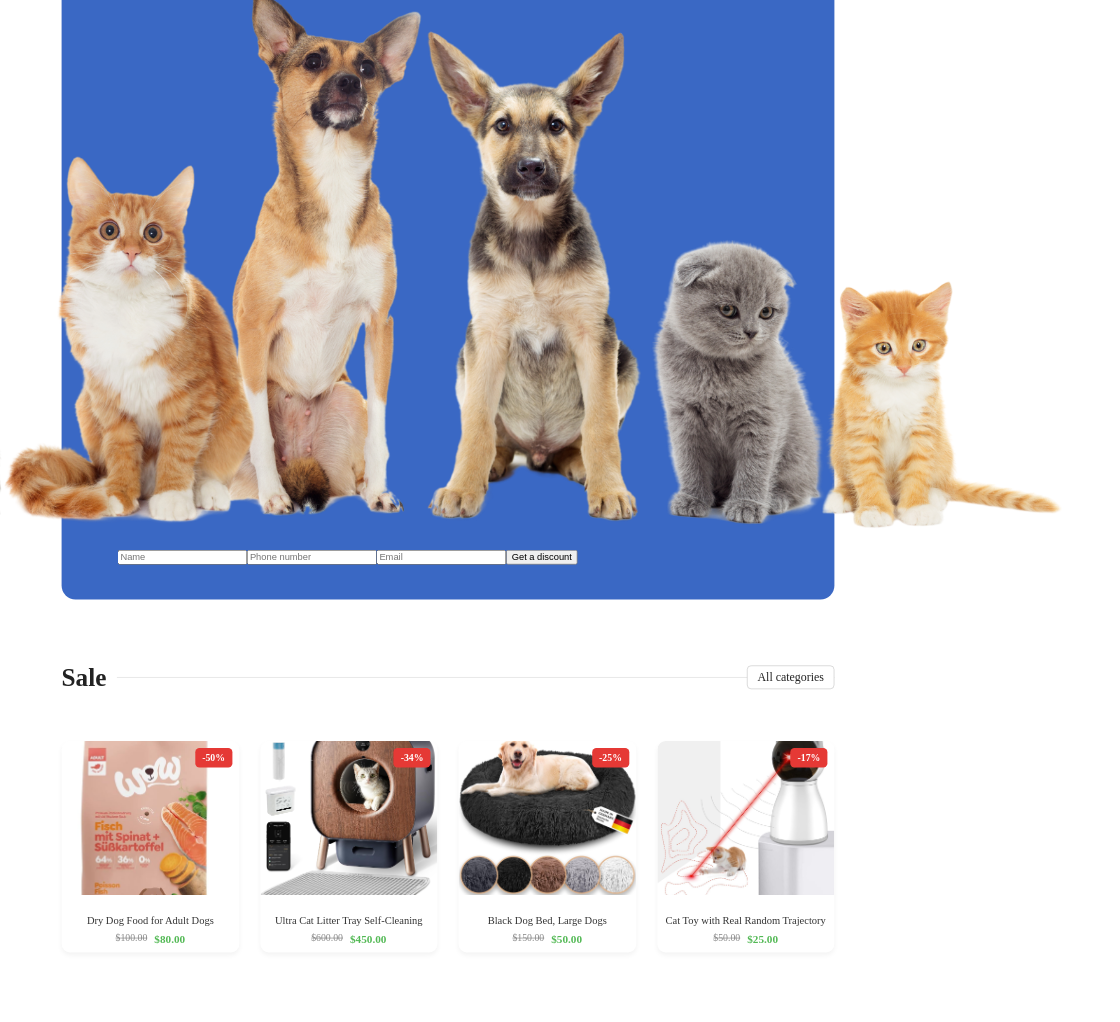
Repository: JuliiaJuliia/pet-shop-frontend
Page: / (app in pet-shop-frontend/)
These files come from the project's save history. The page is drawn as it stood at one moment and after a run of saves; the edit follows.
The browser window is 1280 px wide. The page is 1600 px wide, so the pictures cover 1600 px, including what lies to the right of the window. The pictures show the part of the page from y = 1522 to 3082 px (the page is 2982 px tall before and 3082 px after), at 70% of full size.
The project was rebuilt for these pictures with package versions that can differ from the ones it lists, and the page was loaded fresh each time. Also part of the build but not shown: pet-shop-frontend/vite.config.js, pet-shop-frontend/src/pages/CheckoutPage.jsx, pet-shop-frontend/src/api/axios.js, pet-shop-frontend/src/components/ProductList.jsx.

Above is the page before, as saved 2025-11-06 21:04:37.

After the next 3 saves:
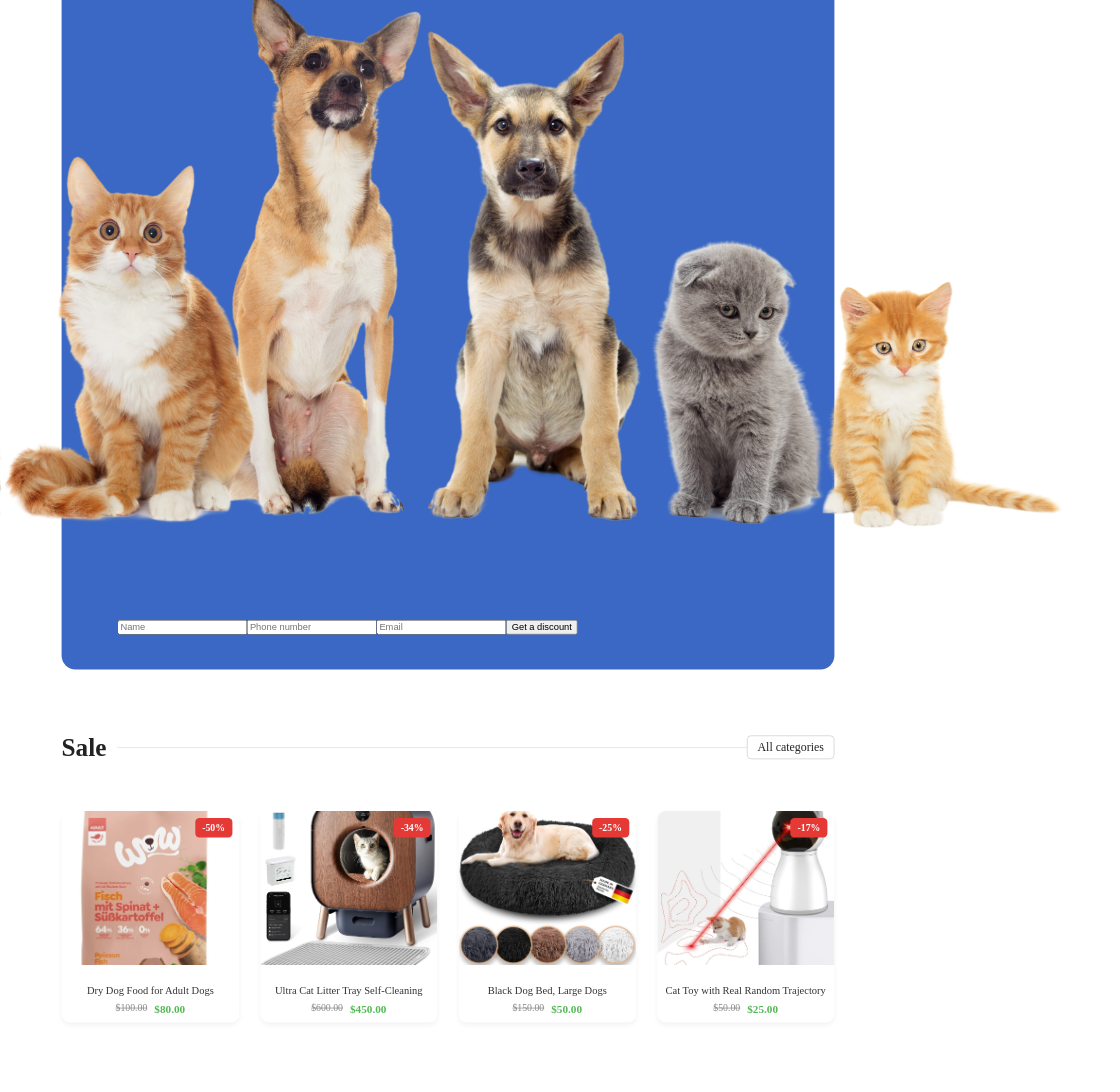
The 3 saves are shown as one change because they came seconds apart.
The last was saved 10 s later.
--- a/pet-shop-frontend/src/components/DiscountBanner.css
+++ b/pet-shop-frontend/src/components/DiscountBanner.css
@@ -45,7 +45,7 @@
   justify-content: center;
   align-items: flex-end;    /* картинка "сидить" внизу колонки */
   position: relative;
-  padding-bottom: -px;     /* трохи простору під картинкою */
+  padding-bottom: 100px;     /* трохи простору під картинкою */
 }
 
 /* картинка тварин — збільшена і з позицією внизу (на межі фону) */

After the save that followed:
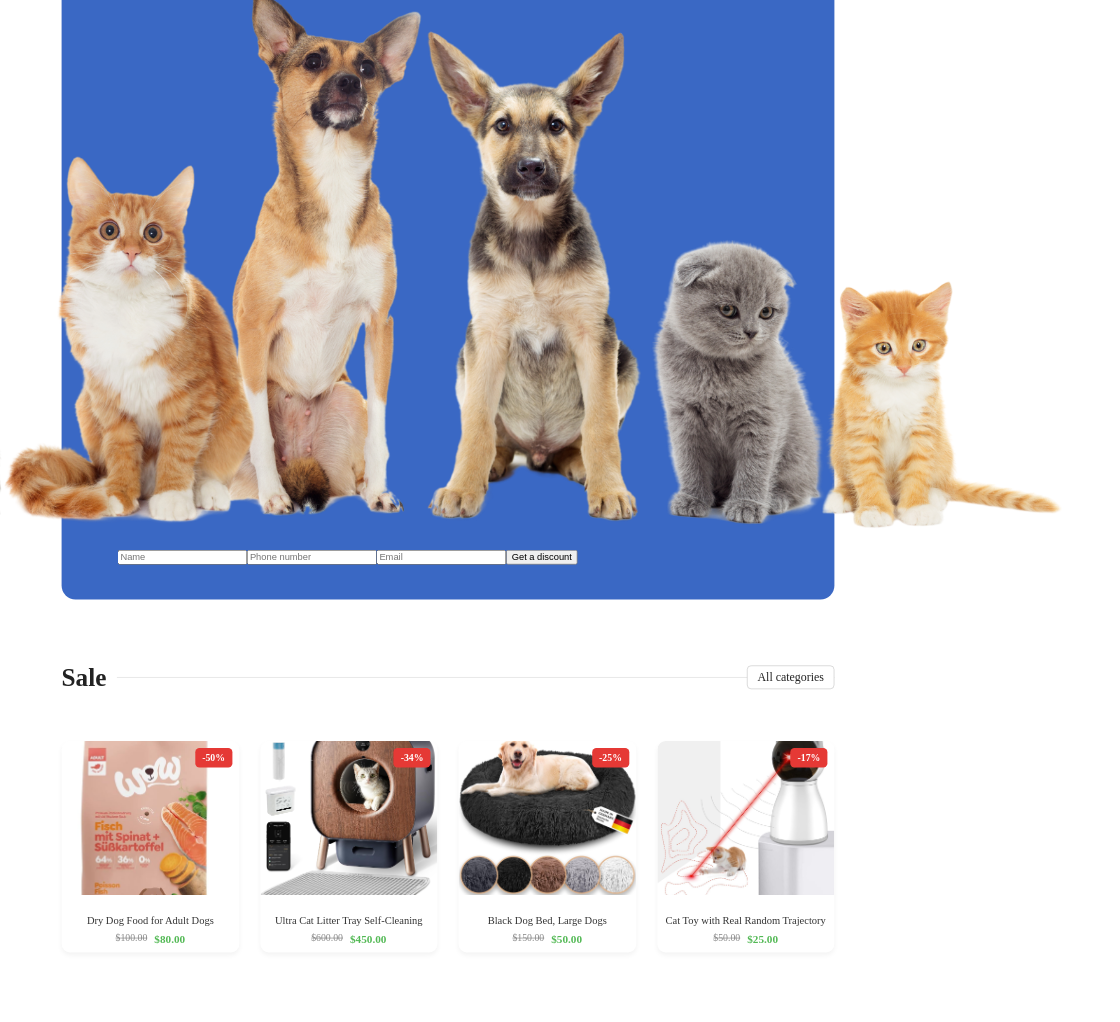
Saved 4 s later.
--- a/pet-shop-frontend/src/components/DiscountBanner.css
+++ b/pet-shop-frontend/src/components/DiscountBanner.css
@@ -45,7 +45,7 @@
   justify-content: center;
   align-items: flex-end;    /* картинка "сидить" внизу колонки */
   position: relative;
-  padding-bottom: 100px;     /* трохи простору під картинкою */
+  padding-bottom: px;     /* трохи простору під картинкою */
 }
 
 /* картинка тварин — збільшена і з позицією внизу (на межі фону) */
